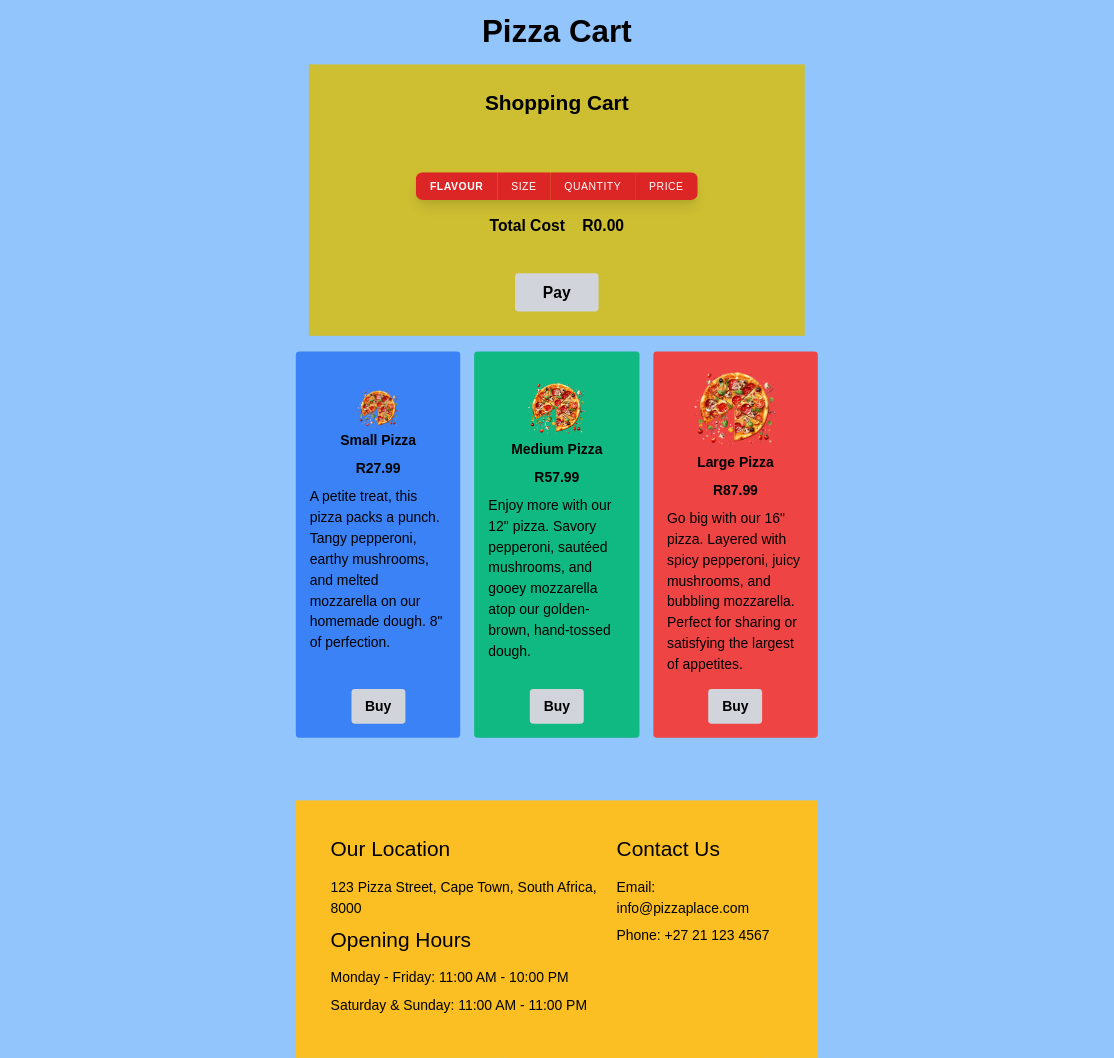
Repository: lasity34/pizza-cart-with-api
Page: index.html
These files come from the project's save history. The page is drawn as it stood at one moment and after the next save; the edit follows.
The browser window is 1280 px wide. The pictures show the whole page, at 87% of full size.
The page's requests for data from a server got no answer. Some web fonts or font styles are not loaded; a fallback is used. Some web libraries are served in a nearby version.

Above is the page before, as saved 2023-07-13 15:58:06.
Console error (its wording comes from the project's code and is left out).

After the next save:
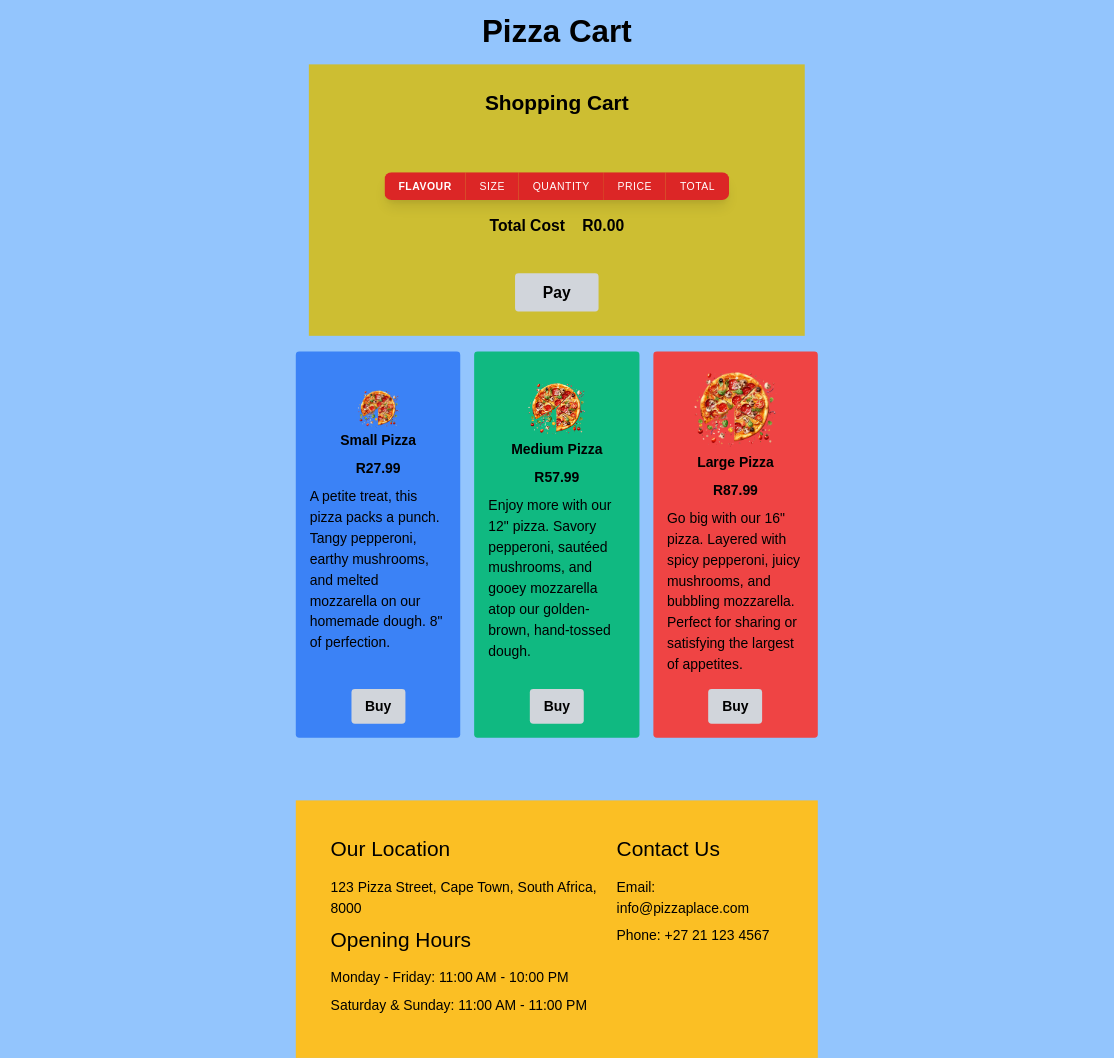
Saved 2 min 32 s later.
--- a/index.html
+++ b/index.html
@@ -42,6 +42,7 @@
                             <th class="px-4 py-2 text-left text-xs font-medium text-white uppercase tracking-wider">Size</th>
                             <th class="px-4 py-2 text-left text-xs font-medium text-white uppercase tracking-wider">Quantity</th>
                             <th class="px-4 py-2 text-left text-xs font-medium text-white uppercase tracking-wider">Price</th>
+                            <th class="px-4 py-2 text-left text-xs font-medium text-white uppercase tracking-wider">Total</th>
                         </tr>
                     </thead>
                     <tbody class="bg-yellow-100 divide-y divide-gray-200">
